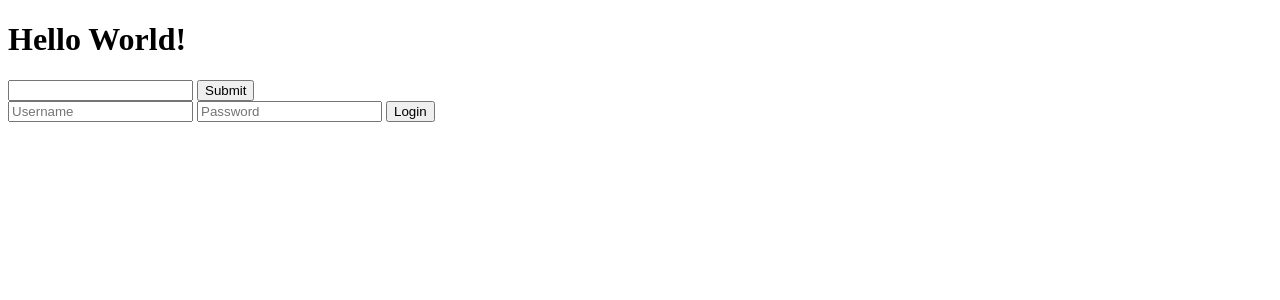
Repository: Ceachi/Securitatea-bazelor-de-date-Curs
Page: http://localhost/SQLInjectionReferat/
The author's editor kept a copy of each file at every save. The page is drawn from the files as they stood at one save, then again after the next save.
The browser window is 1280 px wide. The pictures show the whole page.
The page is served by Tomcat 9. Nobody is signed in. The application's start-up code is not run. Other server files are loaded and not shown.

Above is the page before, as saved 2019-01-03 10:03:21.

### Proiect_eu_SQL_Injection/SQL-Injection-Referat-master/SQLInjectionReferat/src/main/webapp/index.jsp

<%@page contentType="text/html" pageEncoding="UTF-8"%>
<!DOCTYPE html>
<html>
<head>
<meta http-equiv="Content-Type" content="text/html; charset=UTF-8">
<title>JSP Page</title>
</head>
<body>
	<h1>Hello World!</h1>

	<form action="userCheck">
		<input type="text" name="user" value="" /> <input type="submit"
			value="Submit" />
	</form>


	<form action="userCheck">
		<input type="text" placeholder="Username" name="username">
		<input type="text" placeholder="Password" name="psw">
		<button type="submit">Login</button>
	</form>
</body>
</html>

After the next save:
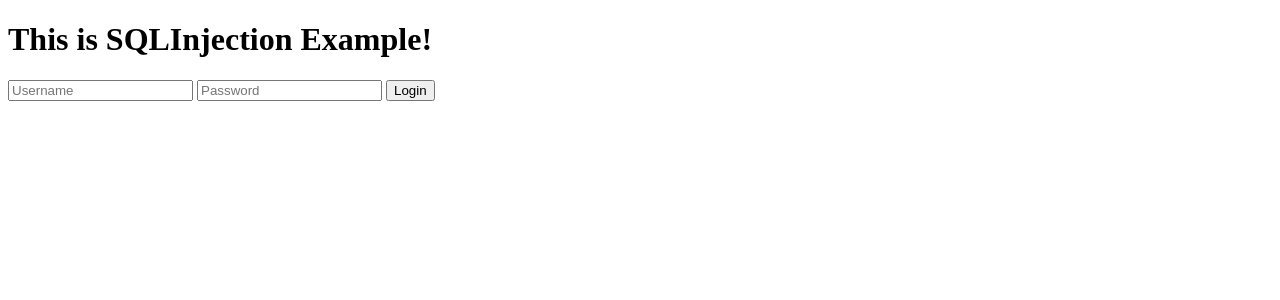
Saved 65 s later.
--- a/Proiect_eu_SQL_Injection/SQL-Injection-Referat-master/SQLInjectionReferat/src/main/webapp/index.jsp
+++ b/Proiect_eu_SQL_Injection/SQL-Injection-Referat-master/SQLInjectionReferat/src/main/webapp/index.jsp
@@ -7,13 +7,13 @@
 <title>JSP Page</title>
 </head>
 <body>
-	<h1>Hello World!</h1>
+	<h1>This is SQLInjection Example!</h1>
 
-	<form action="userCheck">
+<!-- 	<form action="userCheck">
 		<input type="text" name="user" value="" /> <input type="submit"
 			value="Submit" />
 	</form>
-
+ -->
 
 	<form action="userCheck">
 		<input type="text" placeholder="Username" name="username">
